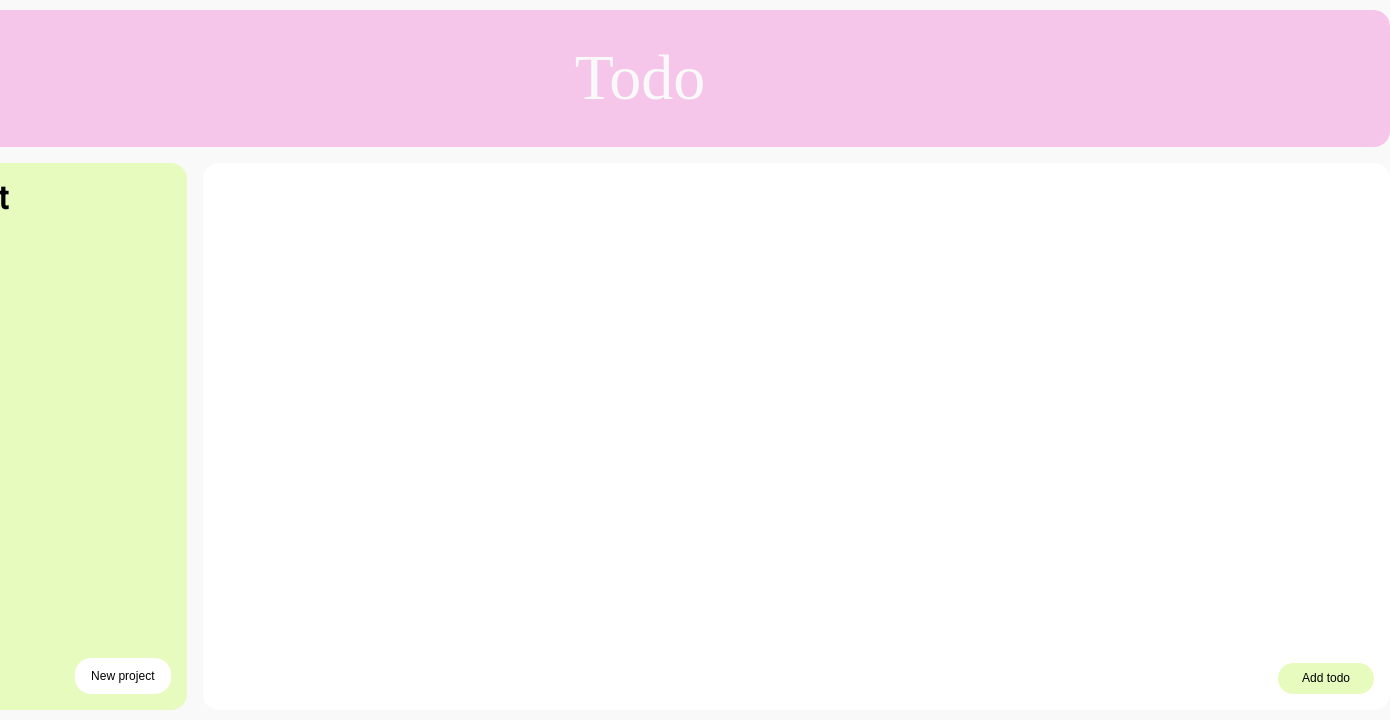
Repository: yeetzpxoci/todo-list
Page: dist/index.html
An editor plug-in stored every save of this project. The page is shown before and after the next save, followed by the edit.
The browser window is 1280 px wide. The page is 1390 px wide, so the pictures cover 1390 px, including what lies to the right of the window. The pictures show the whole page.
Some web fonts or font styles are not loaded; a fallback is used.

Above is the page before, as saved 2023-03-07 21:01:03.

### dist/index.html
<!DOCTYPE html>
<html lang="en">
<head>
    <meta charset="UTF-8">
    <meta http-equiv="X-UA-Compatible" content="IE=edge">
    <meta name="viewport" content="width=device-width, initial-scale=1.0">
    <title>Todo List</title>
    <link rel="stylesheet" href="styles.css">
    <link rel="preconnect" href="https://fonts.googleapis.com">
    <link rel="preconnect" href="https://fonts.gstatic.com" crossorigin>
    <link href="https://fonts.googleapis.com/css2?family=Tilt+Warp&display=swap" rel="stylesheet">
    <link href="https://fonts.googleapis.com/css2?family=Roboto&family=Tilt+Warp&display=swap" rel="stylesheet">
</head>
<body>

<script src="main.js"></script>
</body>
</html>

### dist/styles.css
body, html {
    margin:0;
    padding: 0;
}

body {
    min-height: 100vh;
    display: flex;
    flex-direction: column;
    justify-content: center;
    align-items: center;
    font-family: 'Roboto';
    background-color: #F9F9F9;
}

p {
    margin: 0;
    padding: 0;
}

#content {
    width: 1500px;
    height: 700px;
    display: grid;
    grid-template-columns: 1fr 4fr;
    grid-template-rows: 1fr 4fr;
    background-color: #F9F9F9;
    z-index: 0;
    overflow: hidden;
    border-radius: 16px;
    gap: 16px;
}

#header {
    display: flex;
    justify-content: center;
    align-items: center;
    background-color: #F6C6EA;
    font-size: 64px;
    font-family: 'Tilt Warp', cursive;
    grid-column: 1 / 3;
    grid-row: 1 / 2;
    z-index: 1;
    border-radius: 16px;
}

#header p {
    margin: 24px;
    padding: 0;
    color: #F9F9F9;
}

#sidebar {
    display: flex;
    flex-direction: column;
    background-color: #E7FBBE;
    grid-column: 1 / 2;
    grid-row: 2 / 3;
    z-index: -1;
    border-radius: 16px;
}

#projects-div {
    display: flex;
    flex-direction: column;
    width: 100%;
}

#add-project {
    align-self: flex-end;
    border-radius: 16px;
    border-width: 0;
    height: 36px;
    width: 96px;
    font-size: 12px;
    margin-top: auto;
    margin-right: 16px;
    margin-bottom: 16px;
    background-color: #FFFFFF;
    cursor: pointer;
}

#add-todo {
    align-self: flex-end;
    border-radius: 16px;
    border-width: 0;
    height: 36px;
    width: 96px;
    font-size: 12px;
    margin-top: auto;
    margin-bottom: 16px;
    margin-right: 16px;
    background-color: #E7FBBE;
    cursor: pointer;
}

.project-name {
    font-size: 32px;
    font-weight: bold;
    cursor: pointer;
    margin: 0;
    padding: 0;
}

.project-div {
    display: flex;
    justify-content: space-between;
    align-items: center;
    padding: 16px;
}

.project-remove-button {
    background-color: transparent;
    border-radius: 8px;
    border-width: 0px;
    font-weight: bold;
    font-size: 32px;
    cursor: pointer;
}

#todos-wrapper {
    display: flex;
    flex-direction: column;
    gap: 16px;
    background-color: #FFFFFF;
    border-radius: 16px;
}

#todos {
    height: 100%;
    display: grid;
    grid-template-columns: 1fr 1fr;
    grid-auto-rows: 20%;
    column-gap: 16px;
    padding-left: 16px;
    padding-right: 16px;
    margin-top: 16px;
    overflow: scroll;
}

.todo, .todo-high, .todo-medium, .todo-low {
    display: flex;
    justify-content: space-between;
    align-items: center;
    height: 60%;
    border-radius: 16px;
    padding-left: 16px;
    padding-right: 16px;
    font-size: 20px;
}

.todo-high {
    background-color: #FFCBCB;
}

.todo-medium {
    background-color: #fffabb;
}

.todo-low {
    background-color: #E7FBBE;
}

.due {
    padding-left: 128px;
}

.checkbox {
    transform: scale(2);
}

.description {
    background-color: #caf1ff;
    border-radius: 16px;
    border-width: 0px;
    font-size: 20px;
    padding: 4px;
    cursor: pointer;
    background-color: transparent;
}

#description-div {
    display: none;
    flex-direction: column;
    flex-wrap: wrap;
    background-color: #F9F9F9;
    width: 25%;
    height: 40%;
    border-radius: 16px;
    padding: 16px;
    position: absolute;
    margin-left: auto;
    margin-right: auto;
    left: 0;
    right: 0;
    z-index: 2;
    box-shadow: 0 0 0 1600px rgba(0, 0, 0, 0.65);
}

#description-text {
    justify-content: baseline;
}

#close-button {
    margin-top: -8px;
    margin-right: -8px;
    font-weight: bold;
    width: 24px;
    height: 24px;
    align-self: flex-end;
    background-color: transparent;
    border: transparent;
    cursor: pointer;
}

#new-project-form {
    display: none;
    flex-direction: column;
    align-items: center;
    gap: 8px;
    flex-wrap: wrap;
    background-color: #F9F9F9;
    width: 20%;
    height: 10%;
    border-radius: 16px;
    padding: 16px;
    position: absolute;
    margin-left: auto;
    margin-right: auto;
    left: 0;
    right: 0;
    top: 256px;
    z-index: 2;
    box-shadow: 0 0 0 1600px rgba(0, 0, 0, 0.65);
}

#new-todo-form {
    display: none;
    flex-direction: column;
    align-items: center;
    gap: 8px;
    flex-wrap: wrap;
    background-color: #F9F9F9;
    width: 20%;
    height: 20%;
    border-radius: 16px;
    padding: 16px;
    position: absolute;
    margin-left: auto;
    margin-right: auto;
    left: 0;
    right: 0;
    top: 256px;
    z-index: 2;
    box-shadow: 0 0 0 1600px rgba(0, 0, 0, 0.65);
}

Loaded but not shown: dist/main.js (library)

After the next save:
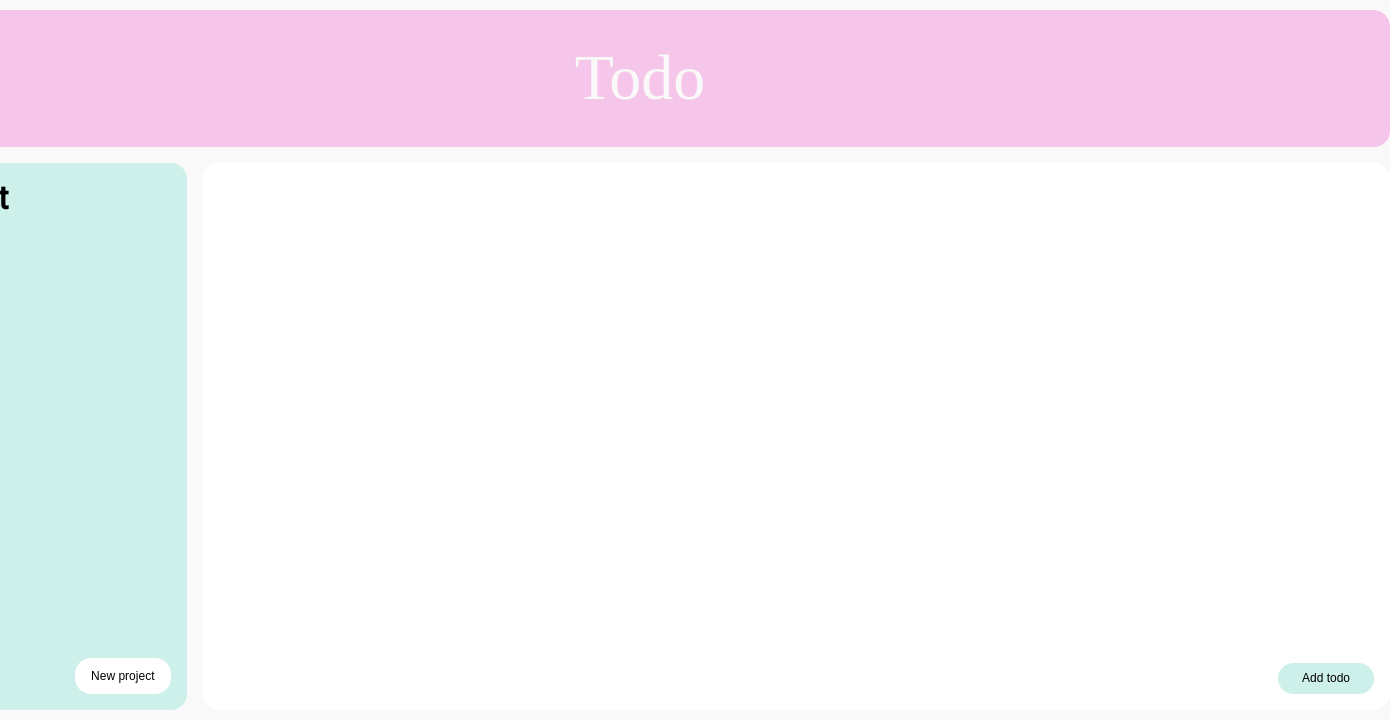
Saved 39 s later.
--- a/dist/styles.css
+++ b/dist/styles.css
@@ -53,7 +53,7 @@ p {
 #sidebar {
     display: flex;
     flex-direction: column;
-    background-color: #E7FBBE;
+    background-color: #CDF0EA;
     grid-column: 1 / 2;
     grid-row: 2 / 3;
     z-index: -1;
@@ -90,7 +90,7 @@ p {
     margin-top: auto;
     margin-bottom: 16px;
     margin-right: 16px;
-    background-color: #E7FBBE;
+    background-color: #CDF0EA;
     cursor: pointer;
 }
 
@@ -154,7 +154,7 @@ p {
 }
 
 .todo-medium {
-    background-color: #fffabb;
+    background-color: #FFFDDE;
 }
 
 .todo-low {
